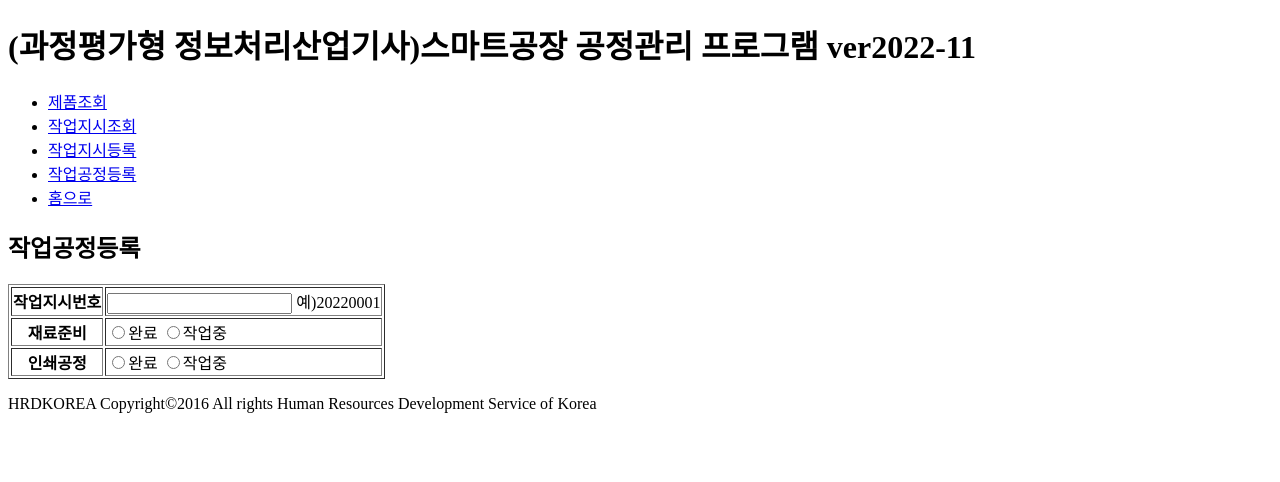
Repository: anakyn01/exam
Page: http://localhost/smart_5/sub3.jsp
An editor plug-in stored every save of this project. The page is shown before and after the next save, followed by the edit.
The browser window is 1280 px wide. The pictures show the whole page.
The page is served by Tomcat 9. Other server files are loaded and not shown.

Above is the page before, as saved 2025-01-06 07:10:41.

### smart_5/src/main/webapp/sub3.jsp
<%@ page language="java" contentType="text/html; charset=UTF-8"
    pageEncoding="UTF-8"%>
<jsp:include page="include/header.jsp"/>

<section>
<h2>작업공정등록</h2>
<table border=1>
	<tr>
		<th>작업지시번호</th>
		<td>
		<input type="text" name="w_workno">
		<span>예)20220001</span>
		</td>
	</tr>
	<tr>
		<th>재료준비</th>
		<td>
		<input type="radio" name="p_p1" value="Y">완료
		<input type="radio" name="p_p1" value="N">작업중
		</td>
	</tr>
		<tr>
		<th>인쇄공정</th>
		<td>
		<input type="radio" name="p_p2" value="Y">완료
		<input type="radio" name="p_p2" value="N">작업중
		</td>
	</tr>
</table>
</section>

<jsp:include page="include/footer.jsp"/>

### smart_5/src/main/webapp/include/header.jsp
<%@ page language="java" contentType="text/html; charset=UTF-8"
    pageEncoding="UTF-8"%>
<!DOCTYPE html>
<html>
<head>
<meta charset="UTF-8">
<title>스마트 공정관리 프로그램</title>
<link rel="stylesheet" href="css/style.css"/>
</head>
<body>
<header>
<h1>(과정평가형 정보처리산업기사)스마트공장 공정관리 프로그램 ver2022-11</h1>
</header>
<nav>
<ul>
<li><a href="sub1.jsp">제폼조회</a></li>
<li><a href="sub2.jsp">작업지시조회</a></li>
<li><a href="sub3.jsp">작업지시등록</a></li>
<li><a href="sub4.jsp">작업공정등록</a></li>
<li><a href="index.jsp">홈으로</a></li>
</ul>
</nav>

### smart_5/src/main/webapp/include/footer.jsp
<%@ page language="java" contentType="text/html; charset=UTF-8"
    pageEncoding="UTF-8"%>
<footer>
<p>HRDKOREA Copyright&copy;2016 All rights Human Resources Development Service of Korea</p>
</footer>
</body>
</html>

Loaded but not shown: smart_5/src/main/webapp/css/style.css (common file)

After the next save:
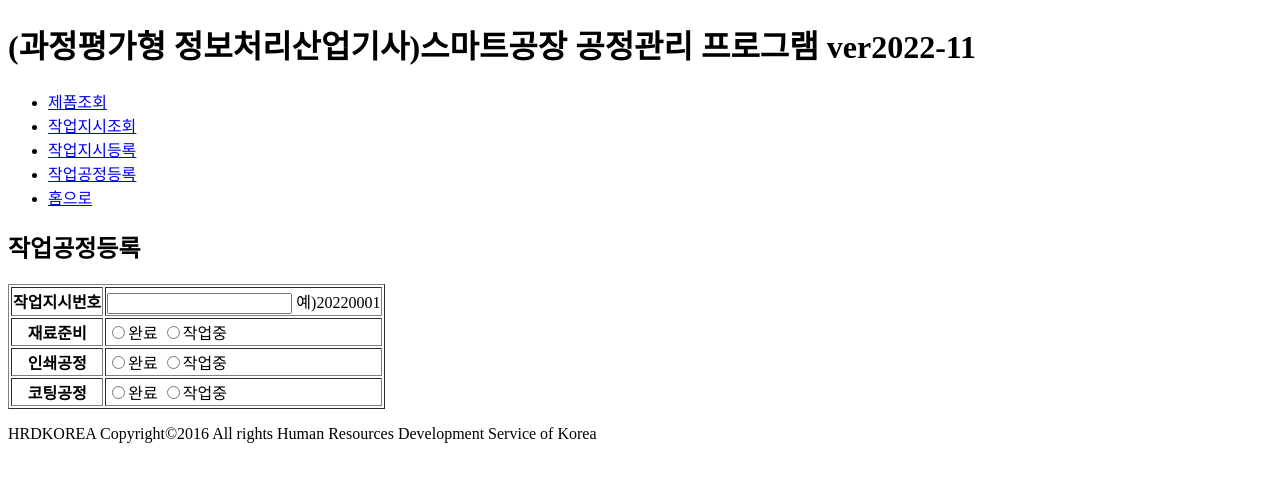
Saved 23 s later.
--- a/smart_5/src/main/webapp/sub3.jsp
+++ b/smart_5/src/main/webapp/sub3.jsp
@@ -19,8 +19,15 @@
 		<input type="radio" name="p_p1" value="N">작업중
 		</td>
 	</tr>
-		<tr>
+	<tr>
 		<th>인쇄공정</th>
+		<td>
+		<input type="radio" name="p_p2" value="Y">완료
+		<input type="radio" name="p_p2" value="N">작업중
+		</td>
+	</tr>
+	<tr>
+		<th>코팅공정</th>
 		<td>
 		<input type="radio" name="p_p2" value="Y">완료
 		<input type="radio" name="p_p2" value="N">작업중
